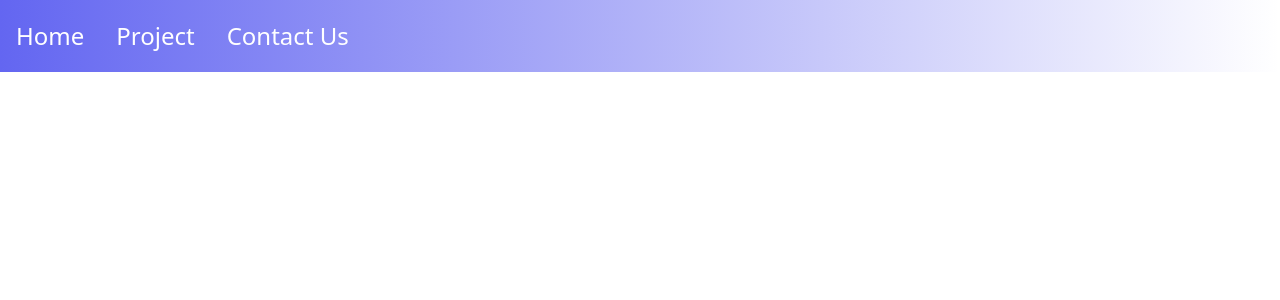
Repository: ashut6138/RozarpayClone
Page: Desktop/RozarpayClone/index.html
An editor plug-in stored every save of this project. The page is shown before and after a run of saves, followed by the edit.
The browser window is 1280 px wide. The pictures show the whole page.
Some web libraries are served in a nearby version.

Above is the page before, as saved 2025-01-21 23:25:16.

### Desktop/RozarpayClone/index.html
<!DOCTYPE html>
<html lang="en">
<head>
    <meta charset="UTF-8">
    <meta name="viewport" content="width=device-width, initial-scale=1.0">
    <title>tailwind intro</title>
    <link rel="stylesheet" href="./main.css">
    <script src="https://cdn.tailwindcss.com"></script>
</head>
<body>
    <nav>
        <ul class="py-5 bg-gradient-to-r from-indigo-500 flex">
            <li class="mx-4 text-white text-2xl">Home</li>
            <li class="mx-4 text-white text-2xl">Project</li>
            <li class="mx-4 text-white text-2xl">Contact Us</li>
        </ul>
    </nav>

</body>
</html>

Loaded but not shown: Desktop/RozarpayClone/main.css (common file)

After the next 3 saves:
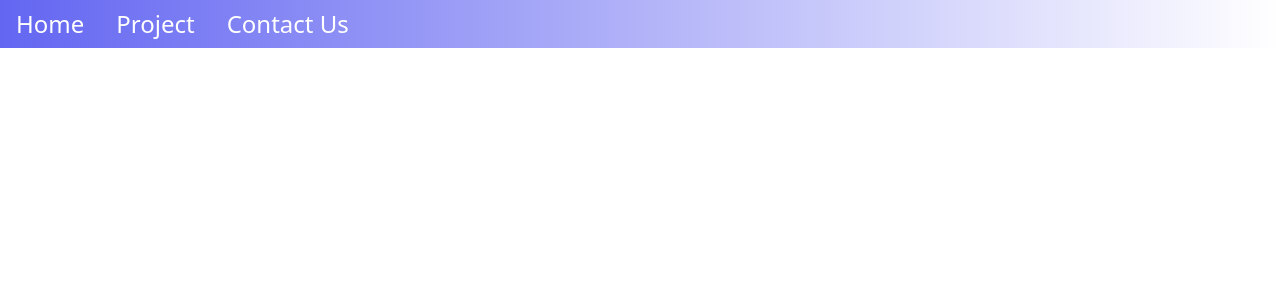
The 3 saves are shown as one change because they came seconds apart.
The last was saved 44 s later.
--- a/Desktop/RozarpayClone/index.html
+++ b/Desktop/RozarpayClone/index.html
@@ -9,7 +9,7 @@
 </head>
 <body>
     <nav>
-        <ul class="py-5 bg-gradient-to-r from-indigo-500 flex">
+        <ul class="py-2 bg-gradient-to-r from-indigo-500 flex">
             <li class="mx-4 text-white text-2xl">Home</li>
             <li class="mx-4 text-white text-2xl">Project</li>
             <li class="mx-4 text-white text-2xl">Contact Us</li>
